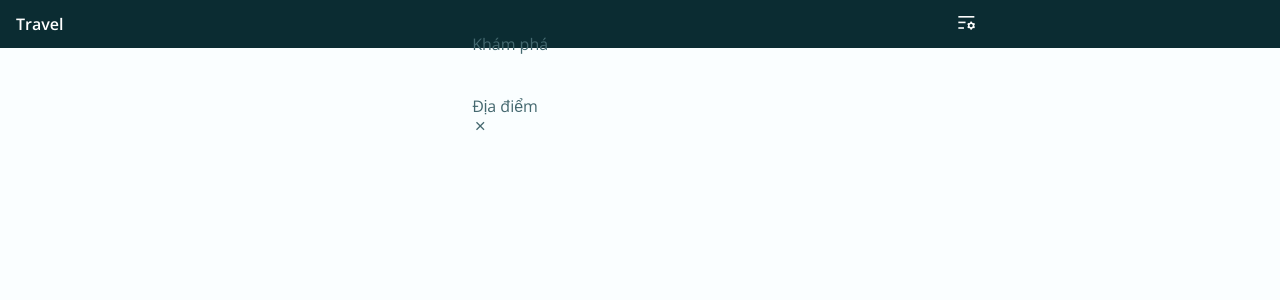
Repository: haokiet2501/travel-demo
Page: index.html
An editor plug-in stored every save of this project. The page is shown before and after a run of saves, followed by the edit.
The browser window is 1280 px wide. The pictures show the whole page.

Above is the page before, as saved 2021-09-21 10:12:30.

After the next 8 saves:
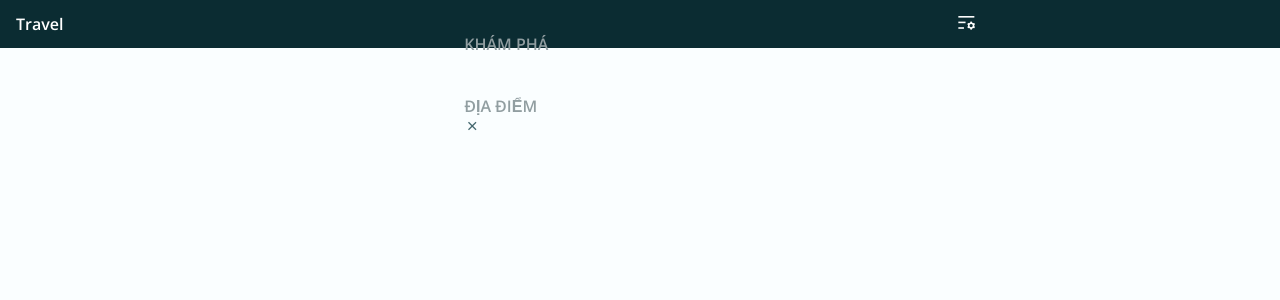
The 8 saves are shown as one change because they came seconds apart.
The last was saved 19 s later.
--- a/css/style.css
+++ b/css/style.css
@@ -200,5 +200,7 @@ input {
 }
 
 .nav__link {
-    color: var(--text-color);
-}
+    color: var(--text-color-light);
+    font-weight: var(--font-semi-bold);
+    text-transform: uppercase;
+}
